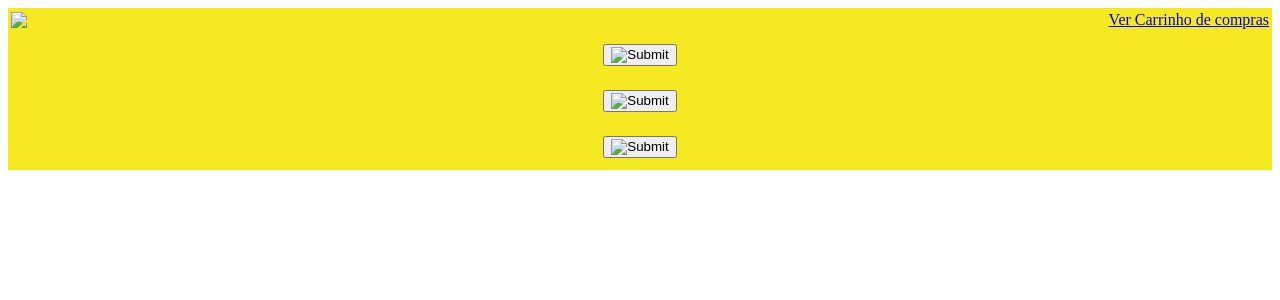
Repository: kabauros/frontend
Page: frontend/WebContent/index.html
An editor plug-in stored every save of this project. The page is shown before and after the next save, followed by the edit.
The browser window is 1280 px wide. The pictures show the whole page.

Above is the page before, as saved 2017-07-20 16:31:51.
Not found: frontend/WebContent/img/2-layout-psd.jpg
Not found: frontend/WebContent/img/4-layout-psd.jpg
Not found: frontend/WebContent/img/iphone.jpg

### frontend/WebContent/index.html
<meta charset="UTF-8">
<!DOCTYPE html>
<html>
<head>
<style>
* {
  box-sizing: border-box;
}

#myInput {
  background-image: url('/css/searchicon.png');
  background-position: 10px 10px;
  background-repeat: no-repeat;
  width: 100%;
  font-size: 16px;
  padding: 12px 20px 12px 40px;
  border: 1px solid #ddd;
  margin-bottom: 12px;
}

#myTable {
  border-collapse: collapse;
  width: 100%;
  font-size: 18px;
   background-color: #F5EA21;
}

#myTable th, #myTable td {
  text-align: left;
  padding: 12px;
}

#myTable tr {
}

#myTable tr.header, #myTable tr:hover {
  background-color: #F5EA21;
}

#teste{
 background-color: #F5EA21;
}
</style>
</head>
<body>
<table id="teste" style="width:100%;">
<tr>
    <td style="width:50%;"><img src="../img/logo-buscape.svg"></td>
    <td style="width:50%;" align="right" >
		<a href="carrinho.html"> Ver Carrinho de compras </a>
	</td>
</table>
<table id="myTable">
  <tr>
    <td>
		<div align="center">
			<button type="button" id="adicionar1" id="produto1" onclick="AddCarrinho('Iphone', 1, '2.00', 1)"> <input type="image" src="../img/iphone.jpg"> </button>
		</div>
	</td>
  </tr>
    <td>
		<div align="center">
			<button type="button" id="adicionar1" id="produto1" onclick="AddCarrinho('Smart TV Samsung', 1, '3.90', 2)"> <input type="image" src="../img/4-layout-psd.jpg"> </button>
		</div>
	</td>
  </tr>
  <tr>
    <td>
	<div align="center">
		<button type="button" id="adicionar1" id="produto1" onclick="AddCarrinho('Refrigerador Brastemp', 1, '11.90', 3)"> <input type="image" src="../img/2-layout-psd.jpg"> </button>
	</div>
	</td>
  </tr>
</table>
</body>
</html>

<script>
	function AddCarrinho(produto, qtd, valor, posicao)
	{
		localStorage.setItem("produto" + posicao, produto);
		localStorage.setItem("qtd" + posicao, qtd);
		valor = valor * qtd;
		localStorage.setItem("valor" + posicao, valor);

	}
</script>

After the next save:
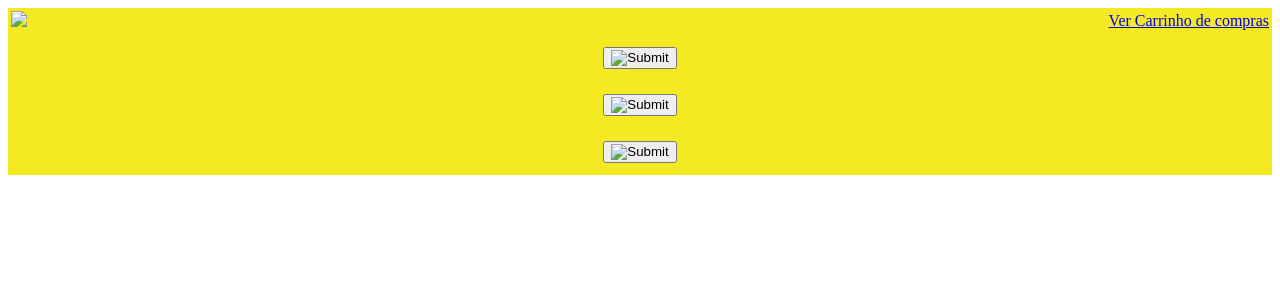
Saved 2 min 12 s later.
--- a/frontend/WebContent/index.html
+++ b/frontend/WebContent/index.html
@@ -1,7 +1,7 @@
-<meta charset="UTF-8">
 <!DOCTYPE html>
 <html>
 <head>
+<meta charset="UTF-8">
 <style>
 * {
   box-sizing: border-box;
@@ -58,6 +58,7 @@
 		</div>
 	</td>
   </tr>
+  <tr>
     <td>
 		<div align="center">
 			<button type="button" id="adicionar1" id="produto1" onclick="AddCarrinho('Smart TV Samsung', 1, '3.90', 2)"> <input type="image" src="../img/4-layout-psd.jpg"> </button>
